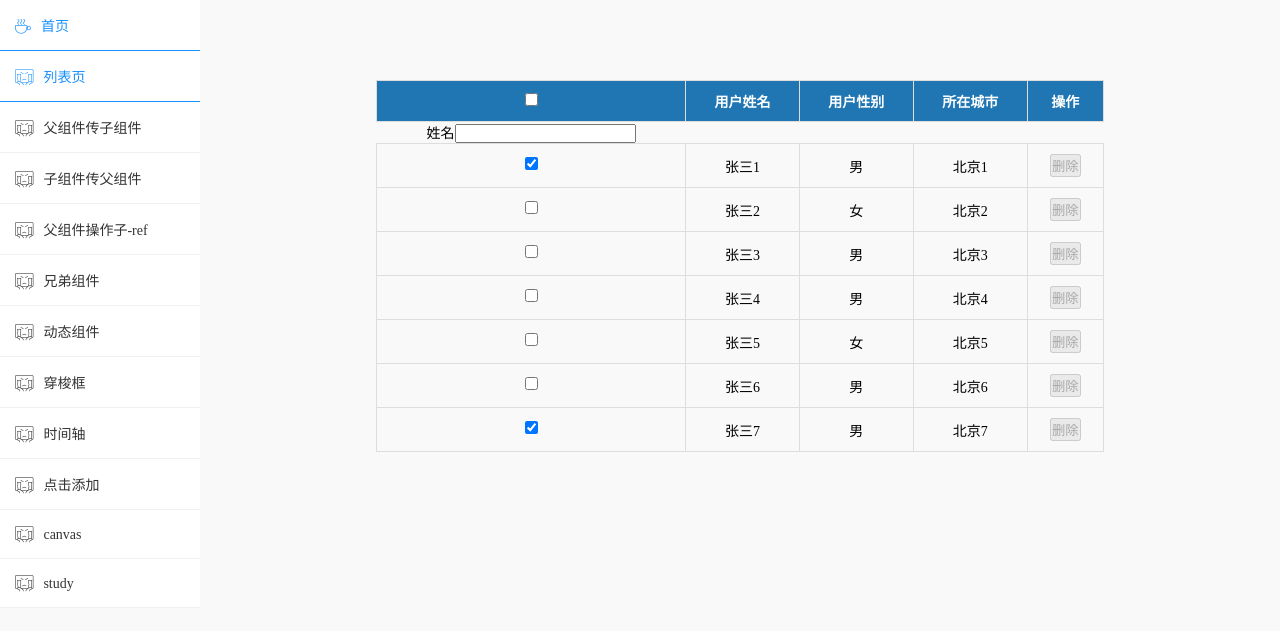
Repository: Serendipity-Zhang/vue-cli4
Page: /list
These files come from the project's save history. The page is drawn as it stood at one moment and after the next save; the edit follows.
The browser window is 1280 px wide. The pictures show the whole page.
The project was rebuilt for these pictures with package versions that can differ from the ones it lists, and the page was loaded fresh each time. Also part of the build but not shown: vue.config.js, src/views/Nav.vue, src/router/routes.js, src/layout/components/Nav.vue.

Above is the page before, as saved 2020-05-24 21:11:59.

### src/App.vue
<template>
  <div id="app">
    <!-- 左侧内容 -->
    <!-- <Nav /> -->
    <!-- 右侧内容 -->
    <!-- <div> -->
      <!-- 展示的出口 -->
      <!-- $route.meta.keepAlive 通过路由meta 为true的值 进行缓存 -->
      <!-- <keep-alive v-if="$route.meta.keepAlive">   -->
        <!-- 匹配路由缓存 -->
         <router-view />
      <!-- </keep-alive> -->

    <!-- </div> -->
  </div>
</template>

<script>
import Nav from './views/Nav.vue'; //导入

export default {
  name: 'App',
  data(){
    return {

    }
  },
  method:{

  },
  components:{  //组件
    Nav
  }

}
</script>

<style>
 @import './assets/css/index.css';
 #app {
   height:100%;
 }

</style>

### src/assets/css/index.css
* {
    padding: 0px;
    margin: 0px;
}
ul {
    list-style-type: none;
}

a {
    color: #333;
    text-decoration: none;
}
body {
    font-size: 14px;
    background-color: #f9f9f9;
}
body,html{
    width:100%;
    height:100%;
}
.tree {
    width: 200px;
    height: 100%;
    background: #fff;
    float: left;
}
.tree> ul {
    height: 100%;
}
.p_title {
    color: #333;
    display: block;
    padding: 15px;
    cursor:pointer;
    border-bottom: 1px solid #f1f1f1;
}
.selected {
    color: #1890ff;
    border-bottom: 1px solid #1890ff;
}
.p_title> i{
    padding-right:10px;
}
.p_title b{
    float: right;
    transition:all ease 1s;
    -webkit-transition:all ease 1s;
    -o-transition:all ease 1s;
    -moz-transition:all ease 1s;
    -ms-transition:all ease 1s;
}
.up {
    transform:rotate(0deg);
}
.down {
    transform:rotate(180deg);
}
.p_title:hover {
    color: #1890ff;
    border-bottom: 1px solid #1890ff;
}

.c_item a {
    display: block;
    padding: 10px 20px 10px 40px;
    background: #fff;
    color: #333;
    cursor:pointer;
}

.c_item a:hover {
    color: #1890ff;
    background: #e6f7ff;
    border-right: 4px solid #1890ff;
}

.banner {
    position: relative;
    float:left;
}
.banner .banner-circle {
    position: absolute;
    bottom: 5px;
    left: 0;
    right: 0;
    color: #fff;
}
.banner .banner-circle li{
    display:inline-block;
    background: rgba(0,0,0,.3);
    border-radius: 50%;
    padding:5px;
    margin:2px;
}
.banner .banner-circle ul {
    text-align: center;
}
.banner .banner-circle .selected {
    background: rgba(0,0,0,.8);
}
.banner img {
    max-width: 100%;
    margin: 0;
    padding: 0;
}

### src/layout/index.vue
<template>
  <div>
      <el-container>
        <el-aside width="200px">
            <!-- 左侧导航 -->
            <Sidebar />
        </el-aside>
        <el-container>
            <el-header>
                <!-- 面包屑 -->
                <!-- <Nav /> -->
            </el-header>
            <el-main>
                <!-- 右侧主内容 -->
                <Main />
            </el-main>
        </el-container>
    </el-container>
  </div>
</template>

<script>
import {Sidebar,Nav,Main} from './components'
// import Sidebar from './components/Sidebar';
// import Nav from './components/Nav';
// import Main from './components/Main';

export default {
  data () {
    return {

    }
  },
  components:{
      Sidebar,
      Nav,
      Main
  }
}
</script>

<!-- Add "scoped" attribute to limit CSS to this component only -->
<style  lang="scss">

// .el-header, .el-footer {
//     background-color: #B3C0D1;
//     color: #333;
//     text-align: center;
//     line-height: 60px;
//   }

//   .el-aside {
//     background-color: #D3DCE6;
//     color: #333;
//     text-align: center;
//     line-height: 200px;
//   }

//   .el-main {
//     background-color: #E9EEF3;
//     color: #333;
//     text-align: center;
//     line-height: 160px;
//   }

//   body > .el-container {
//     margin-bottom: 40px;
//   }

//   .el-container:nth-child(5) .el-aside,
//   .el-container:nth-child(6) .el-aside {
//     line-height: 260px;
//   }

//   .el-container:nth-child(7) .el-aside {
//     line-height: 320px;
//   }
</style>

### src/views/List.vue
<template>
  <table class="table">
    <div class="add-people">
      <div class="add-people-content">
        <span>姓名</span>
        <input type="text" v-model="fromOne">

      </div>
       <div class="add-people-content">

      </div>
       <div class="add-people-content">

      </div>
       <div class="add-people-content">

      </div>


    </div>
    <thead>
      <tr >
        <th>
          <input type="checkbox" v-model="checkAll" @change="checkChange"/>
        </th>
        <th>用户姓名</th>
        <th>用户性别</th>
        <th>所在城市</th>
        <th>操作</th>
      </tr>
    </thead>
    <tbody>
      <tr v-for="(v,i) in lists" :key="i">
          <th><input type="checkbox" v-model="v.check" @change="curCheckChange"></th>
          <td>{{v.name}}</td>
          <td>{{v.sex}}</td>
          <td>{{v.city}}</td>
          <td><button disabled="true">删除</button></td>
      </tr>

    </tbody>
  </table>
</template>

<script>
export default {
  name:'',
  data(){
    return{
      checkAll:false,  //全选
      lists:[
          {name:'张三1',sex:'男',city:'北京1',check:true},
          {name:'张三2',sex:'女',city:'北京2',check:false},
          {name:'张三3',sex:'男',city:'北京3',check:false},
          {name:'张三4',sex:'男',city:'北京4',check:false},
          {name:'张三5',sex:'女',city:'北京5',check:false},
          {name:'张三6',sex:'男',city:'北京6',check:false},
          {name:'张三7',sex:'男',city:'北京7',check:true},
      ]
    }
  },
  methods:{
      checkChange(){  //全选的状态改变
          this.lists.forEach(item=>{
              item.check = this.checkAll
          })
      },
      curCheckChange(){  //当前
          //当前选中的状态
          // var num = this.lists.filter(item=>item.check).length;
          //console.log(num);
          //num==this.lists.length ? this.checkAll = true : this.checkAll = false;
          //every()  检测数组中的元素是否符合条件，都满足，返回true, 只要有一个没有满 足，返回false
          this.checkAll = this.lists.every(item=>item.check);

      }
  }
}
</script>

<style scoped>
ul {
    list-style-type:none;
}
.table{
    width: 70%;
    border-collapse: collapse;
    margin: 0 auto;
    text-align: center;
}
.table td,
.table th{
    border: 1px solid #ddd;
    padding: 10px;
}
.table thead tr {
	background:#1f76b3;
	color:#fff;
}
</style>

### src/layout/components/Sidebar.vue
<template>
  <div class="tree">
      <ul>
        <li class="p_item" v-for="(v,i) in items" :key="i">
          <router-link :to="v.url"
              class="p_title"
              @click="n=i">
            <i class="iconfont" :class="v.icon"></i>{{v.name}}
          </router-link>
        </li>
      </ul>
    </div>
</template>

<script>
export default {
  name:'',
  data(){
    return{
      n:1,
      items:[
          {
              name:'首页',
              icon:'icon-shenghuo',
              url:'/home'
          },
          {
              name:'列表页',
              icon:'icon-biaoqingleiben',
              url:'/list',
              child:[{name:'列表详情',url:'/list/toFather'}]
          },
          {
              name:'父组件传子组件',
              icon:'icon-biaoqingleiben',
              url:'/toSon'
          },
          {
              name:'子组件传父组件',
              icon:'icon-biaoqingleiben',
              url:'/toFather'
          },
          {
              name:'父组件操作子-ref',
              icon:'icon-biaoqingleiben',
              url:'/actionSon'
          },
          {
              name:'兄弟组件',
              icon:'icon-biaoqingleiben',
              url:'/brother'
          },
           {
              name:'动态组件',
              icon:'icon-biaoqingleiben',
              url:'comp1'
          },
          {
              name:'穿梭框',
              icon:'icon-biaoqingleiben',
              url:'/transfer'
          },
          {
              name:'时间轴',
              icon:'icon-biaoqingleiben',
              url:'/timeLine'
          },
          {
              name:'点击添加',
              icon:'icon-biaoqingleiben',
              url:'/AddFriend'
          },
          {
              name:'canvas',
              icon:'icon-biaoqingleiben',
              url:'/canvas'
          },
          {
              name:'study',
              icon:'icon-biaoqingleiben',
              url:'/study'
          }
      ]
    }
  }
}
</script>

<style>

</style>

### src/layout/components/Main.vue
<template>
        <router-view />
</template>

<script>
export default {
  data () {
    return {

    }
  }
}
</script>

<!-- Add "scoped" attribute to limit CSS to this component only -->
<style  lang="scss">

</style>

Loaded but not shown: public/index.html (common file); src/store/index.js (common file); src/router/index.js (34 lines, source omitted); src/main.js (33 lines, source omitted); src/layout/components/index.js (3 lines, source omitted); src/assets/font/iconfont.css (66 lines, source omitted)

After the next save:
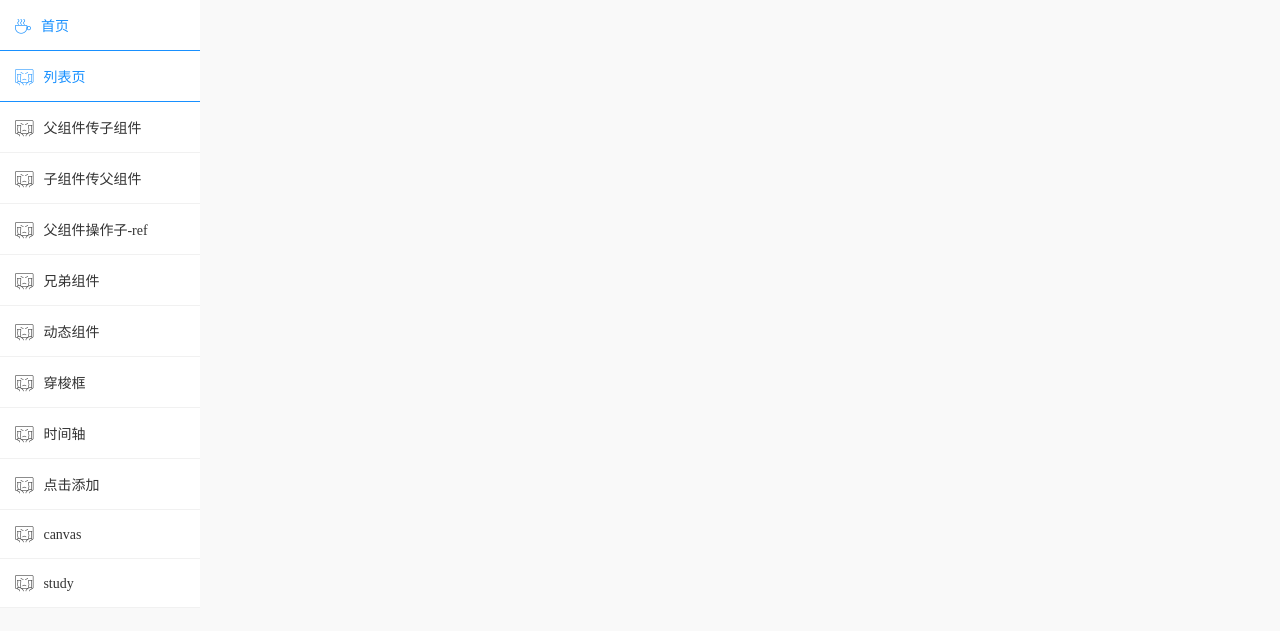
Saved 28 s later.
--- a/src/views/List.vue
+++ b/src/views/List.vue
@@ -3,7 +3,7 @@
     <div class="add-people">
       <div class="add-people-content">
         <span>姓名</span>
-        <input type="text" v-model="fromOne">
+        <input type="text" v-model="fromOne.name">
 
       </div>
        <div class="add-people-content">

After the save that followed:
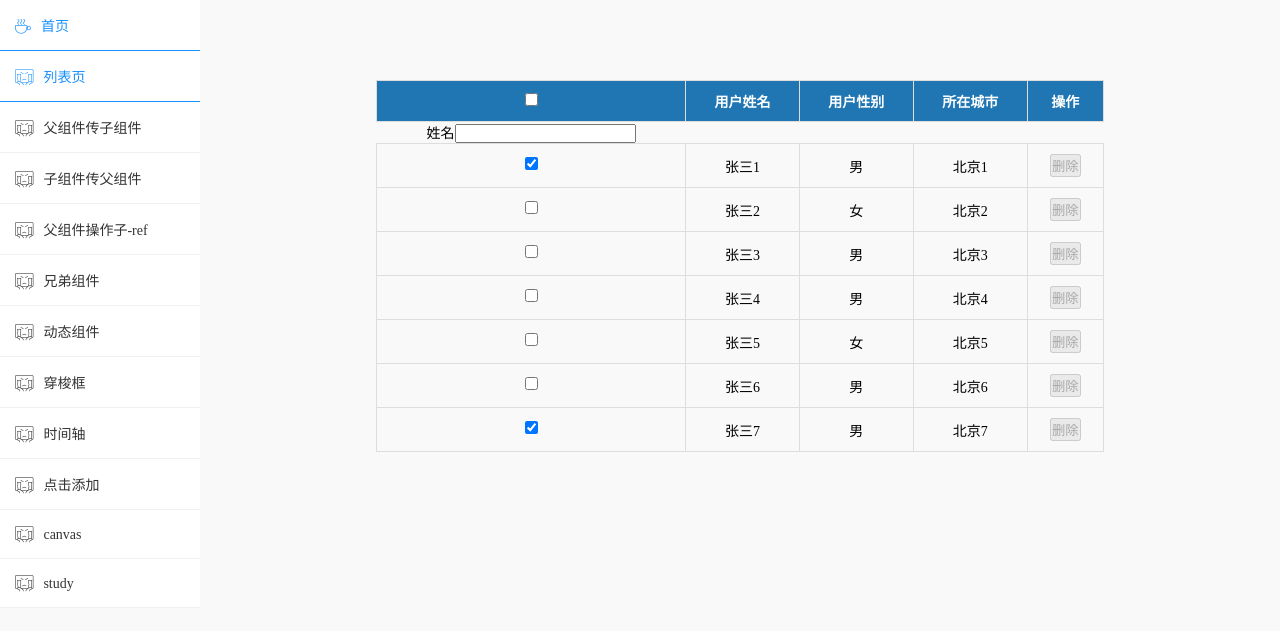
Saved 23 s later.
--- a/src/views/List.vue
+++ b/src/views/List.vue
@@ -47,6 +47,7 @@ export default {
   name:'',
   data(){
     return{
+      fromOne:{name:''},
       checkAll:false,  //全选
       lists:[
           {name:'张三1',sex:'男',city:'北京1',check:true},
@@ -56,7 +57,7 @@ export default {
           {name:'张三5',sex:'女',city:'北京5',check:false},
           {name:'张三6',sex:'男',city:'北京6',check:false},
           {name:'张三7',sex:'男',city:'北京7',check:true},
-      ]
+      ],
     }
   },
   methods:{
